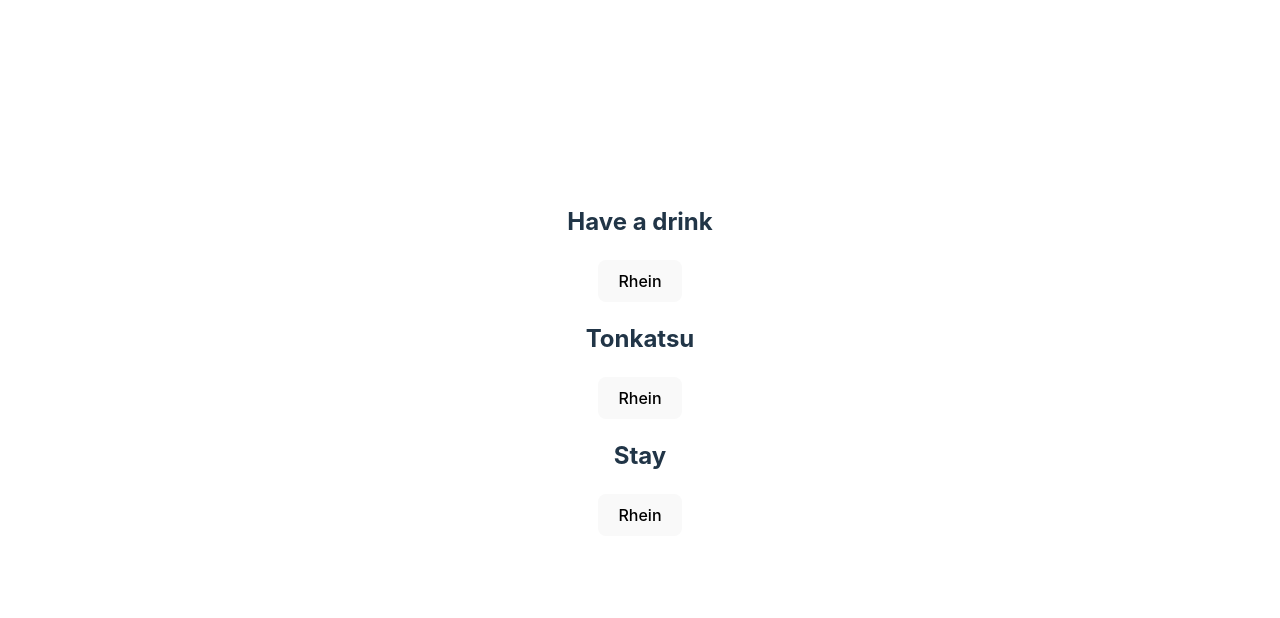
Repository: HyunraDate/NodaEmi
Page: /
An editor plug-in stored every save of this project. The page is shown before and after the next save, followed by the edit.
The browser window is 1280 px wide. The pictures show the whole page.
The project was rebuilt for these pictures with package versions that can differ from the ones it lists, and the page was loaded fresh each time. Also part of the build but not shown: vite.config.js, src/components/Bye.vue, src/components/Content.vue.

Above is the page before, as saved 2023-08-22 14:10:23.

### index.html
<!DOCTYPE html>
<html lang="en">
  <head>
    <meta charset="UTF-8" />
    <link rel="icon" type="image/svg+xml" href="/vite.svg" />
    <meta name="viewport" content="width=device-width, initial-scale=1.0" />
    <title>芭露蓓蕾姬斯之夜</title>
  </head>
  <body>
    <div id="app"></div>
    <script type="module" src="./src/main.js"></script>
  </body>
</html>

### src/main.js
import { createApp } from 'vue'
import './style.css'
import App from './Sat night.vue'

createApp(App).mount('#app')

### src/Sat night.vue
<script>
//土曜の夜
import Puppy from './components/Puppy.vue';

export default {
    componts: {
        Puppy
    },
    data() {
        return {
            posts: [
                { id: 1, going: "Have a drink" },
                { id: 2, going: "Tonkatsu" },
                { id: 3, going: "Stay" }
            ],
            postFontSize:1
        };
    },
    components: { Puppy }
}
</script>

<template>
    <div :style="{ fontSize: postFontSize + 'em'}">
    <!--组件实例提供了一个自定义事件系统。父组件可以通过 v-on 或 @ 来选择性地监听子组件上抛的事件，
        就像监听原生 DOM 事件那样：-->
    <Puppy
    v-for="post in posts"
    :key="post.id"
    :going="post.going"
    @enlarge-text="postFontSize += 0.1"
    ></Puppy> <!--子组件可以通过调用内置的 $emit 方法，通过传入事件名称来抛出一个事件：-->
    </div>
</template>

### src/components/Puppy.vue
<script>
export default {
    props:['going']
    //第二种写法：props: {going: string}
    //对于以对象形式声明中的每个属性，key 是 prop 的名称，而值则是该 prop 预期类型的构造函数。
    //比如，如果要求一个 prop 的值是 number 类型，则可使用 Number 构造函数作为其声明的值。
}
</script>

<template>
    <div class="going river">
        <h2>{{ going }}</h2>
        <button @click="$emit('enlarge-text')">Rhein</button> <!--子组件可以通过调用内置的 $emit 方法，通过传入事件名称来抛出一个事件
        因为有了 @enlarge-text="postFontSize += 0.1" 的监听，父组件会接收这一事件，从而更新 postFontSize 的值。-->
    </div>
</template>

### src/App V3.vue
<script>
import Content from "./components/Content.vue";
import { ref, reactive } from "vue";
export default {
  data(){
    return{
      massage:"hey you!"
    }
  },
  /* This is V2 旧写法
    methods: {
    //给vue定义方法
    changeUname:function(){
      //this 指向vue实例
      this.uname='Takase Toya'
    },
    changeColor:function(){
      this.id='Tonight2'
    } */

  //组合式API，将同一个逻辑关注点相关代码收集在一起
  //msg是逻辑代码
  //操作msg

  setup() {
    //组件被创建之前执行，不需要使用this, this不会指向实例
    //set up里没有beforeCreate 和 created这两个钩子函数，因为可以替换掉了

    //here is msg 的逻辑代码
    console.log("setup");

    let msg = "Puppy♥"
    //因为是函数所以可以直接定义 const, 所以不用this了
    //But! Const不能改变，会报错滴！所以hier可以 let， 不报错但也不change，
    //But console.log work 说明数据不是响应式的. 不能及时反馈
    function changeMsg(){
      msg='be mine'
    }
    //if u want 响应式， use ref -> 去上面引入 import { Ref } from "vue"


    //不能向上面data那样直接调用，setup是局部作用域
    console.log(msg); //不是响应式
    //所以通过ref定义响应式变量

    // this is conter的逻辑代码
    const counter=ref(0) //ref()返回带有value属性的对象
    function changeCounter(){
      counter.value++
    }

    //通过reactive 定义引用类型的数据
    // this is obj的逻辑代码
    const obj=reactive ({ //hier传参
      name:"Emil",
      age:20,
      identity: {
        name: 'Patient'
      }
    })
    function changeObjName(){
      obj.name='Ada'
    }



    return {msg, changeMsg, counter, changeCounter, obj, changeObjName, ...obj }; //如果要使用要暴露出去
    //ps. 省略号here是扩展运算，...obj就是 name,age， 因为前面都有obj, 记得加空格

    return { msg, changeMsg }; //如果你要调用的话

  }
 }

</script>

<template>
<!--组件实例的所有property，无论如何定义，都可以在组件的模板中访问-->
   <div>
    <h2>{{ msg }}</h2>
    <button @click="changeMsg">change your mind</button>
    <h2>{{ counter }}</h2>
    <button @click="changeCounter">change counter</button>
    <h2>{{ obj }}</h2>
    <button @click="changeObjName">change your name</button>
    <h2>{{ obj.identity.name }}</h2>
    <Content :message="message"/> <!--这里是传参message : 是动态参数-->
    <button @click="message='call me'">Lose</button>
   </div>

</template>

<style scoped>
.logo {
  height: 6em;
  padding: 1.5em;
  will-change: filter;
  transition: filter 300ms;
}
#Tonight{
  color:rgb(95, 116, 126);
}
#Tonight2{
  color:rgb(160, 43, 68);
}
.Tonight{
  font-size:50px;
}
.logo:hover {
  filter: drop-shadow(0 0 2em #646cffaa);
}
.logo.vue:hover {
  filter: drop-shadow(0 0 2em #42b883aa);
}
</style>

Loaded but not shown: src/style.css (common file)

After the next save:
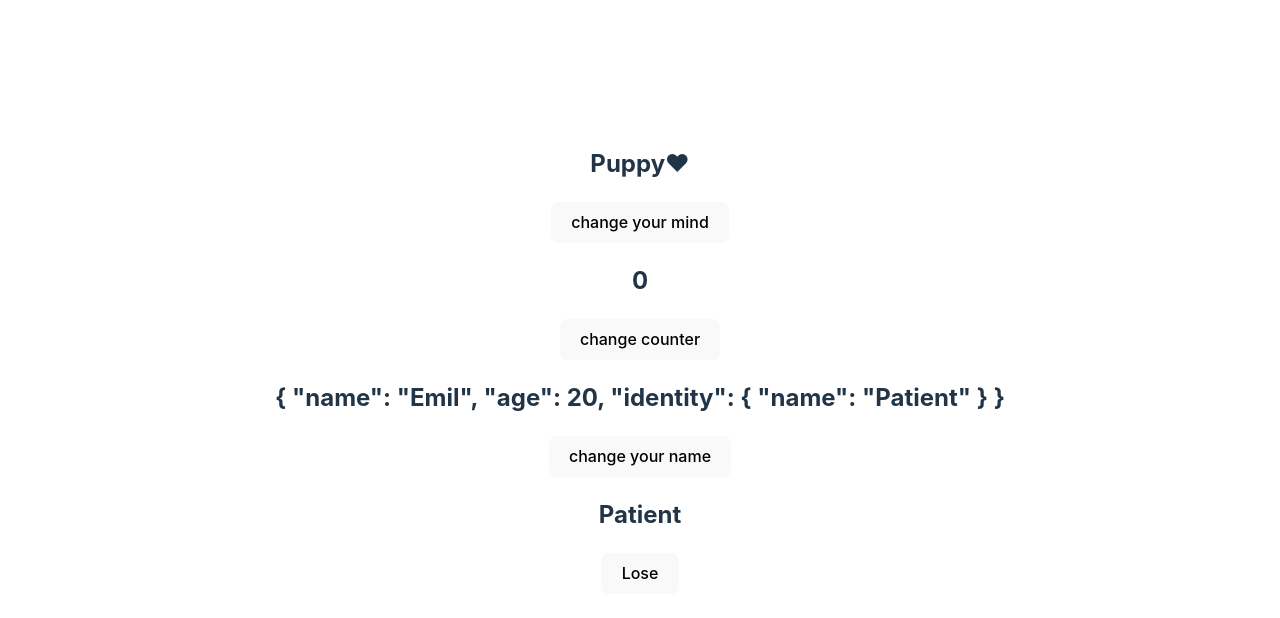
Saved 12 s later.
--- a/src/main.js
+++ b/src/main.js
@@ -1,5 +1,5 @@
 import { createApp } from 'vue'
 import './style.css'
-import App from './Sat night.vue'
+import App from './App V3.vue'
 
 createApp(App).mount('#app')
